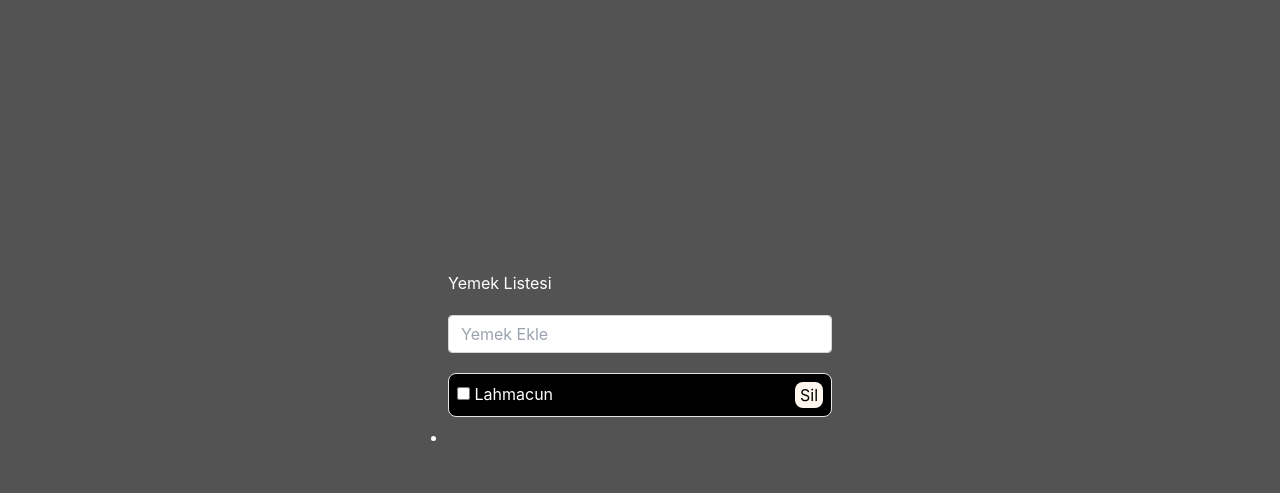
Repository: muratyildiz63/Composition-API-Nedir-todo-list
Page: /
These files come from the project's save history. The page is drawn as it stood at one moment and after the next save; the edit follows.
The browser window is 1280 px wide. The pictures show the whole page.
The project was rebuilt for these pictures with package versions that can differ from the ones it lists, and the page was loaded fresh each time. Also part of the build but not shown: vite.config.js, src/components/summary.vue.

Above is the page before, as saved 2022-08-18 19:47:13.

### src/main.js
import { createApp } from 'vue'
import './style.css'
import App from './App.vue'
import './index.css'

createApp(App).mount('#app')

### src/App.vue
<template>
  <div class="w-full h-full text-white">
    <h3 class="w-full flex mb-5">Yemek Listesi</h3>
    <addTodo />
    <todoList :foodList="foodList" />
  </div>
</template>

<script>
import { ref } from "@vue/reactivity";
import addTodo from "./components/addTodo.vue";
import todoList from "./components/todoList.vue";
export default {
  components: {
    addTodo,
    todoList,
  },

  setup() {
    const foodList = ref([
      {
        id:1,
        foodName:"Lahmacun"
      }
    ]);
    return{
      foodList
    }
  },
};
</script>

### src/index.css
@tailwind base;
@tailwind components;
@tailwind utilities;
body {
    background-color: rgb(83 83 83);
}

### src/components/addTodo.vue
<template>
  <section>
 <input
      type="text"
      class="
        form-control
        block
        w-full
        px-3
        mb-5
        py-1.5
        text-base
        font-normal
        text-gray-700
        bg-white bg-clip-padding
        border border-solid border-gray-300
        rounded
        transition
        ease-in-out
        m-0
        focus:text-gray-700 focus:bg-white focus:border-blue-600 focus:outline-none
      "
      id="exampleFormControlInput1"
      placeholder="Yemek Ekle"
    />
</section>
</template>

### src/components/todoList.vue
<template>
  <div class="flex justify-center">
    <div class="rounded-lg w-96">
    <TodoListItem  v-for="food in  foodList" :key="food.id" :item="food" />
      <summary />
    </div>
  </div>
</template>

<script>
import TodoListItem from "./TodoListItem.vue"
import summary from "./summary.vue"
export default{
    props:["foodList"],
    components:{
        TodoListItem,
        summary
    }
}

</script>

### src/components/TodoListItem.vue
<template>
    <div
        aria-current="true"
        class="
          bg-black
          flex
          justify-between
          mb-2
          px-2
          py-2
          border border-gray-200
          w-full
          rounded-lg
          text-white
          cursor-pointer
          even:bg-gray-700
        "
      >
        <label for="compluted">
          <input type="checkbox" name="" id="compluted" /> {{item.foodName}}
        </label>
        <button class="bg-orange-50 px-1 text-black">Sil</button>
      </div>
</template>

<script>
export default{
    props:["item"]
}


</script>

### tailwind.config.cjs
module.exports = {
    content: [
        "./index.html",
        "./src/**/*.{vue,js,ts,jsx,tsx}",
    ],
    theme: {
        extend: {},
    },
    plugins: [],
}

Loaded but not shown: index.html (common file); src/style.css (common file)

After the next save:
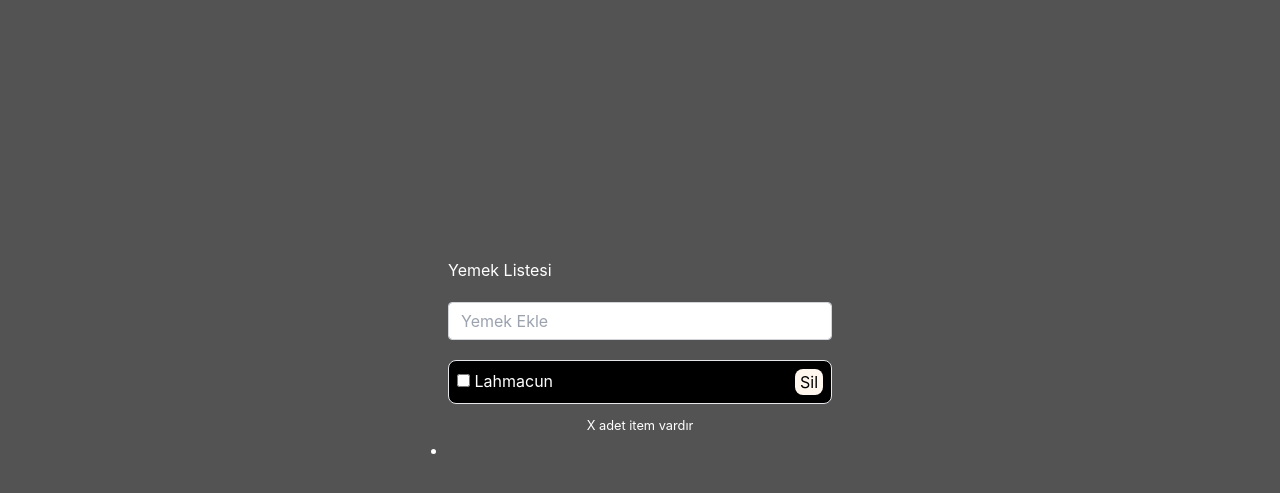
Saved 9 min 22 s later.
--- a/src/components/todoList.vue
+++ b/src/components/todoList.vue
@@ -2,6 +2,7 @@
   <div class="flex justify-center">
     <div class="rounded-lg w-96">
     <TodoListItem  v-for="food in  foodList" :key="food.id" :item="food" />
+    <small>X adet item vardır</small>
       <summary />
     </div>
   </div>
